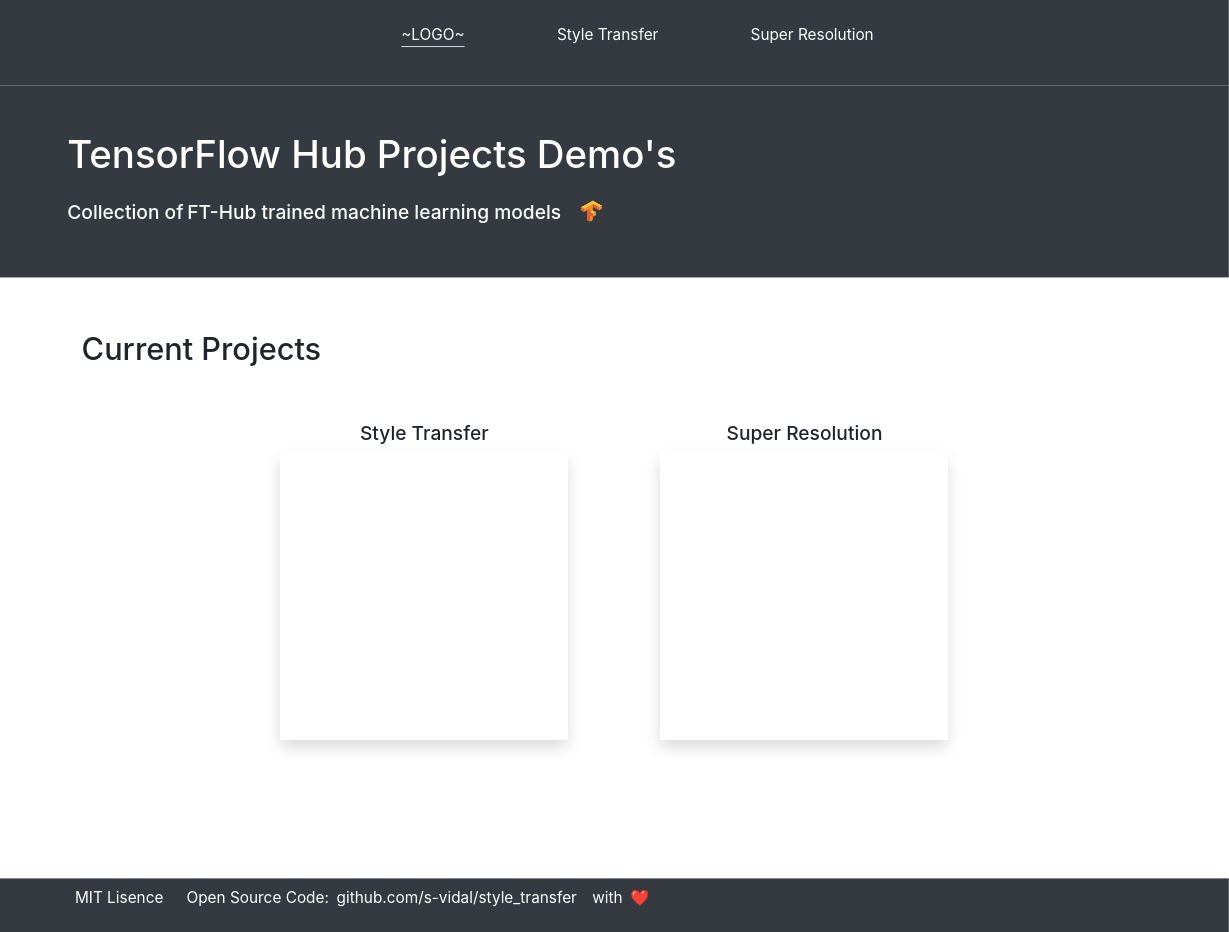
Repository: s-vidal/style_transfer
Page: / (app in client/)
The author's editor kept a copy of each file at every save. The page is drawn from the files as they stood at one save, then again after the next save.
The browser window is 1280 px wide. The pictures show the whole page, at 96% of full size.
The page's requests for data from a server got no answer. The project was rebuilt for these pictures with package versions that can differ from the ones it lists, and the page was loaded fresh each time. A package was used in the major version that the imports need, not the one package.json lists. No one was signed in, and anything a server would have sent is missing. Also part of the build but not shown: client/src/components/DropZone.jsx, client/src/lib/api.js, client/src/components/Inference.jsx, client/src/components/Header.jsx, client/src/pages/StyleTransfer.jsx, client/src/pages/SuperResolution.jsx.

Above is the page before, as saved 2020-09-30 15:01:26.

After the next save:
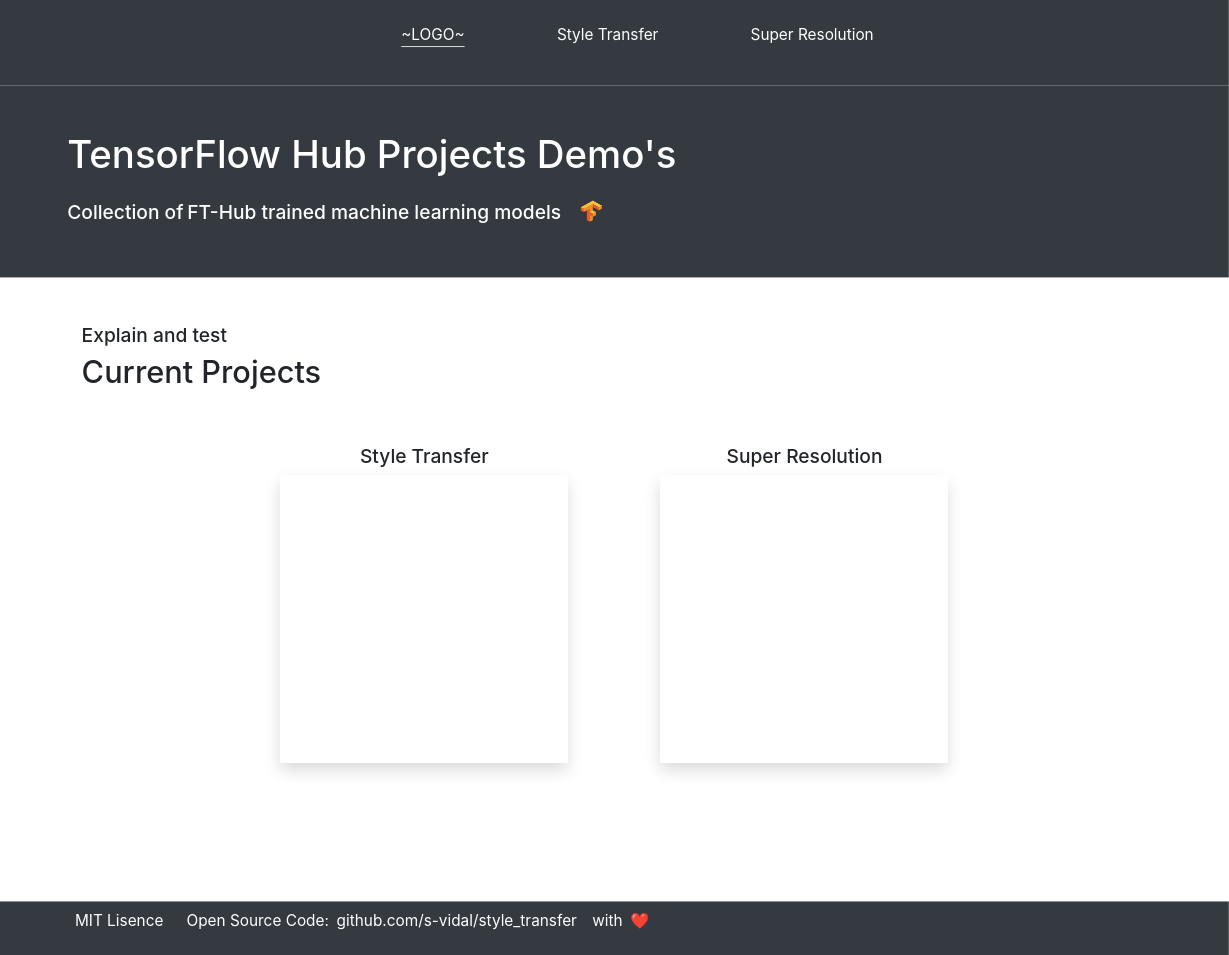
Saved 8 s later.
--- a/client/src/pages/HomePage.jsx
+++ b/client/src/pages/HomePage.jsx
@@ -29,7 +29,7 @@
       </div>
       <div className="vh-59 p-5 pb-0">
         <div className="container">
-          <h5></h5>
+          <h5>Explain and test </h5>
           <div>
             <h2 className="mt-2">Current Projects</h2>
           </div>
